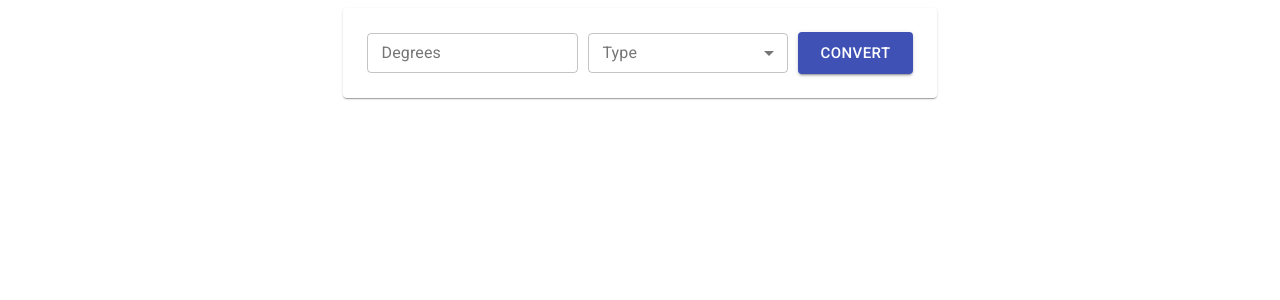
Repository: zum281/temperature-converter
Page: /
The author's editor kept a copy of each file at every save. The page is drawn from the files as they stood at one save, then again after the next save.
The browser window is 1280 px wide. The pictures show the whole page.
The project was rebuilt for these pictures with package versions that can differ from the ones it lists, and the page was loaded fresh each time.

Above is the page before, as saved 2021-07-09 14:12:03.

After the next save:
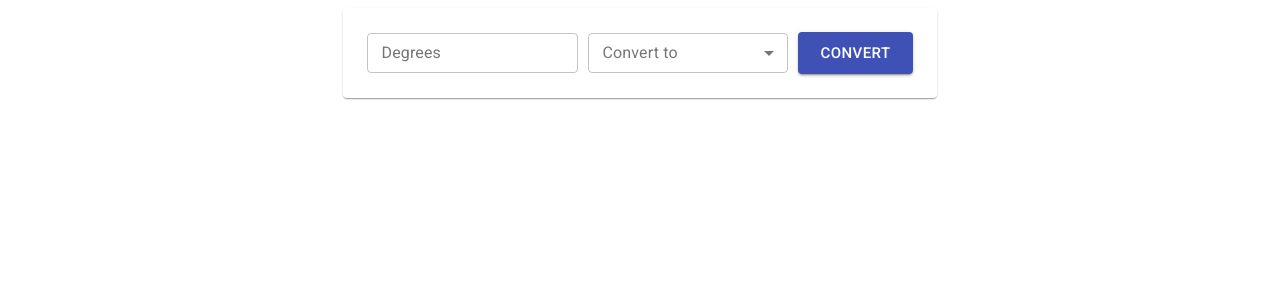
Saved 40 s later.
--- a/src/App.js
+++ b/src/App.js
@@ -58,7 +58,7 @@ function App() {
 
                     <TextField
                         select
-                        label="Type"
+                        label="Convert to"
                         value={type}
                         onChange={(event) => setType(event.target.value)}
                         variant="outlined"
